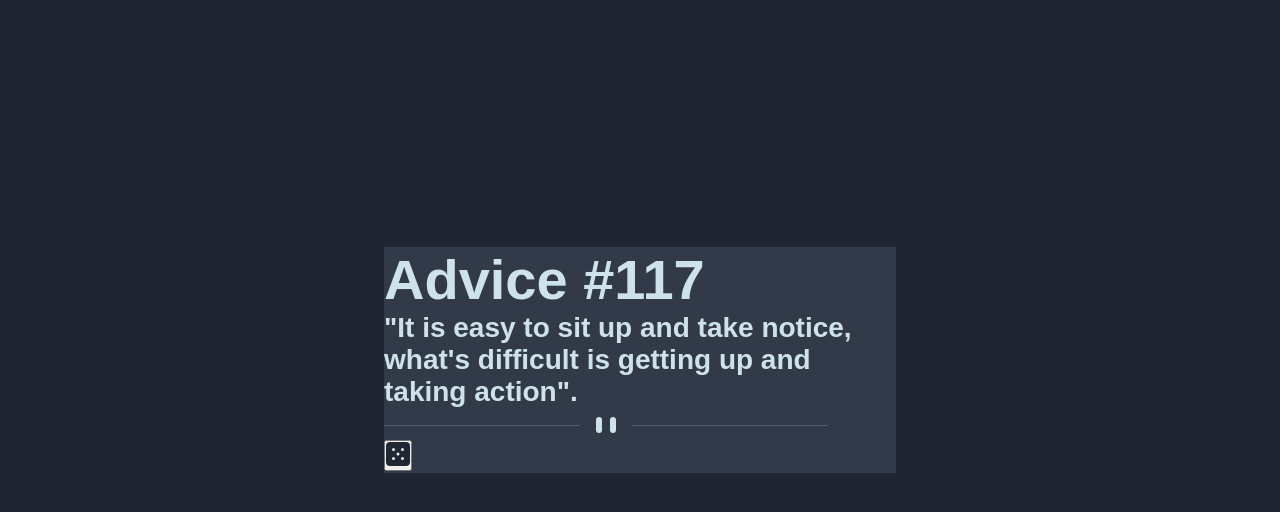
Repository: Daki-builds/advice-generator-app
Page: index.html
These files come from the project's save history. The page is drawn as it stood at one moment and after the next save; the edit follows.
The browser window is 1280 px wide. The pictures show the whole page.

Above is the page before, as saved 2026-10-08 18:16:57.

After the next save:
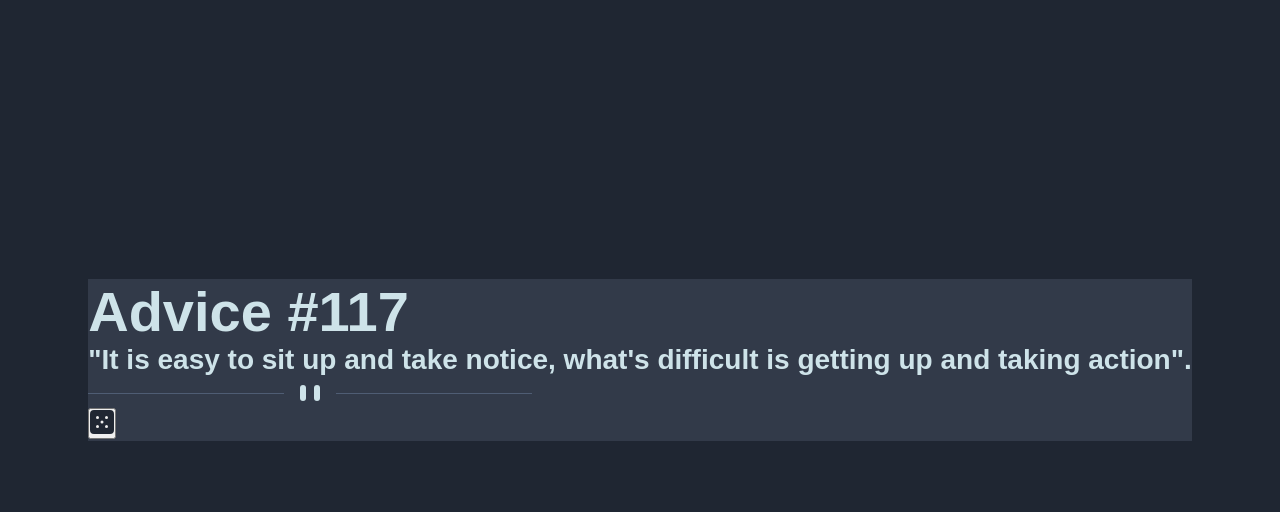
Saved 74 s later.
--- a/style.css
+++ b/style.css
@@ -30,5 +30,4 @@ body {
 
 .container {
   background-color: var(--blue-900);
-  width: 40%;
 }
